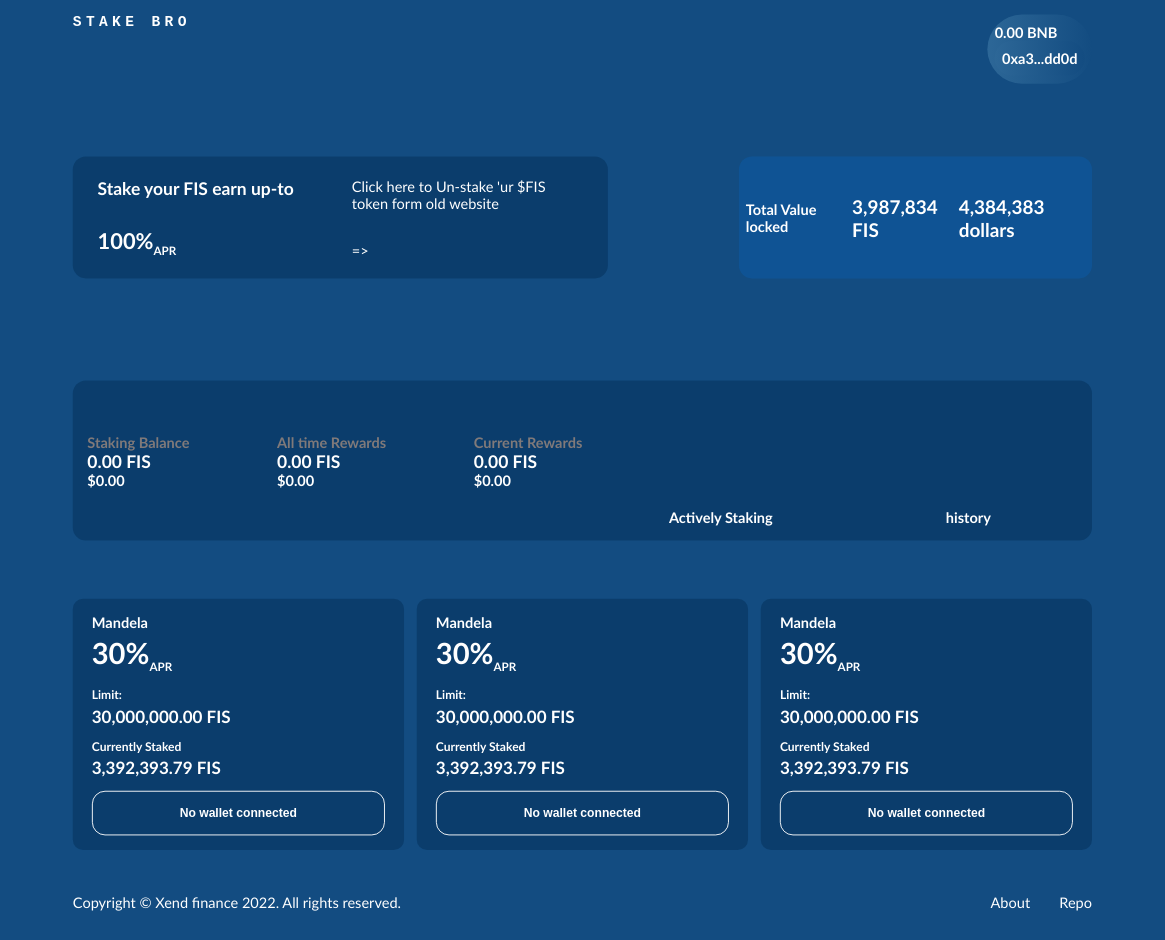
Repository: NorVirae/Stake
Page: /
The author's editor kept a copy of each file at every save. The page is drawn from the files as they stood at one save, then again after a run of saves.
The browser window is 1280 px wide. The pictures show the whole page, at 91% of full size.
The project was rebuilt for these pictures with package versions that can differ from the ones it lists, and the page was loaded fresh each time.

Above is the page before, as saved 2022-04-18 02:54:08.

### src/App.tsx
import React, { useState } from 'react';
import AccountInfoCard from './components/cards/account-info-card';
import AprCard from './components/cards/apr-card';
import './styles/app.css'

function App() {
  const [isWalletConnected, setIsWalletConnected] = useState(false)

  return (
    <div className="stake-container">
      <header>
        <nav>
            <a href='logo' className='logo'>Stake Bro</a>
            <ul>
              {
                isWalletConnected?
                  <li className='connect-wallet-btn'>Connect Wallet</li>:
                  <li className='connect-wallet-btn'>0.00 BNB
                    <li className='connect-wallet-btn'>0xa3...dd0d</li>
                </li>
                }

            </ul>
        </nav>
      </header>



      <main>
        <section className='info-global'>
          <div className='info-main'>
            <div className='inner-container-left'>
              <h1 className='earn-text'> Stake your FIS earn up-to</h1>
              <h1>100%<sub className='sub'>APR</sub></h1>

            </div>

            <div className='inner-container-right'>
              <p>Click here to Un-stake 'ur $FIS token form old website</p>
              <span>{"=>"}</span>
            </div>
          </div>

          <div className='public-stake-info'>
            <h3 className='total-locked'>Total Value locked</h3>
            <h1 className='total-locked-token'>3,987,834 FIS</h1>
            <h2 className='total-locked-dollars'>4,384,383 dollars</h2>

          </div>

        </section>

        <section className='connection-info'>
          {
          isWalletConnected?
          <div className={'connection-container-user'}>
            <div className='connection-info-text'>No Wallet connected</div>
            <div> Connect wallet to see your balance</div>
          </div>
          :
          <>
          <div className='user-stake-info-container'>
            <AccountInfoCard title='Staking Balance' token='0.00' dollarEquiv='0.00'/>

            <AccountInfoCard title='All time Rewards' token='0.00' dollarEquiv='0.00'/>


            <AccountInfoCard title='Current Rewards' token='0.00' dollarEquiv='0.00'/>


          </div>

          <div className='info-redirect'>
            <h1>Actively Staking </h1>
            <h1>history </h1>

          </div>

          </>
          }
        </section>

        <section className='reward'>
          <AprCard/>
          <AprCard/>
          <AprCard/>
        </section>

      </main>

      <footer>
        <div className='copyright-info'>
          Copyright &copy; Xend finance 2022. All rights reserved.
        </div>
        <ul>
          <li>About</li>
          <li>Repo</li>

        </ul>
      </footer>

    </div>
  );
}

export default App;

### src/components/cards/account-info-card.tsx
import React from 'react';

interface StakeInfoParams {
    title:string,
    token:string,
    dollarEquiv:string
}

const AccountInfoCard:React.FC<StakeInfoParams> = ({title, token, dollarEquiv}) => {
    return <div className='user-stake-info'>
                <h2 className='staking-balance'>{title}</h2>
                <h1 className='token-balance-fis'>{token} FIS</h1>
                <h2 className='token-balance-dollars'>${dollarEquiv}</h2>
            </div>
}

export default AccountInfoCard;

### src/components/cards/apr-card.tsx
import React from "react";


const AprCard:React.FC = ()=>{
    return <div className='apr-card'>
                <div className='mandela-container'>
                    <h4 className="mandela">Mandela</h4>
                    <h1 className="apr-announce">30%<sub className="sub">APR</sub></h1>
                </div>


                <div className='limit-container'>
                    <h5>Limit:</h5>
                    <h3>30,000,000.00 FIS</h3>
                </div>

                <div className='current-container'>
                    <h5>Currently Staked</h5>
                    <h3>3,392,393.79 FIS</h3>
                </div>

                <button className="stake-button">No wallet connected</button>
        </div>
}

export default AprCard;

### src/styles/app.css
*{
    padding: 0;
    margin: 0;

}

::-webkit-scrollbar{
    background-color: #134C81;
    width: .4rem;
}

::-webkit-scrollbar-thumb{
    background-color: #0c5ba5;
}

img {
    width: 100%;
}

li {
    list-style-type: none;
}

body{
    background-color: #134C81;
    color: #ffff;
    font-family:'Trebuchet MS', 'Lucida Sans Unicode', 'Lucida Grande', 'Lucida Sans', Arial, sans-serif;
}
.stake-container {
    max-width: 70rem;
    margin:auto;
    display: flex;
    flex-direction: column;
    gap: 1rem;
}


nav {
    display:  flex;
    justify-content: space-between;
    padding: 1rem 0;
    position: sticky;
    top:0;
}

main {
    display: flex;
    flex-direction: column;
    gap:4rem;
}
.logo {
    text-decoration: none;
    font-family: 'Courier New', Courier, monospace;
    font-weight: 900;
    color: #ffff;
    letter-spacing: .3rem;
    text-transform: uppercase;
}

.connect-wallet-btn{
    padding: .6rem .5rem;
    background-image: linear-gradient(to right, #2d6797, #134C81  );
    font-weight: bold;
    border-radius: 3rem;
    transition: background-image .5s ease-in-out;
}

.connect-wallet-btn:hover{
    background-image: linear-gradient(to right, #134C81, #2d6797 );
    cursor: pointer;
    color: rgb(225, 225, 235);

}

.info-global{
    display: flex;
    justify-content: space-between;
    padding: 3rem 0;
    gap: 9rem;
}

.info-main{
    display: flex;
    background-color: #05315a88;
    border-radius: .9rem;
    padding: .5rem .9rem;

}

.inner-container-left, .inner-container-right{

    width: 100%;
    padding: .9rem .8rem;
    border-radius: .9rem;
    display: flex;
    flex-direction: column;
    gap:2rem
}



.earn-text {
    font-size: 1.2rem;
}

.sub{
    font-size: .8rem;
}

.public-stake-info {
    display: flex;
    justify-content: center;
    align-items: center;
    border-radius: .9rem;
    padding: .5rem;
    gap: .4rem;

    background-color: #0c5ba588;

}


.total-locked{
    font-size: 1rem;

}

.total-locked-token{
    font-size: 1.3rem;
}

.total-locked-dollars {
    font-size: 1.3rem;
}


.connection-info{
    display: flex;
    background-color: #05315a88;
    border-radius: .9rem;
    justify-content: center;
    align-items: center;
    height: 20vh;
    padding: 1rem 1rem;

}

.connection-info-text {
    font-size: 1.2rem;
    text-transform: uppercase;
}

.user-stake-info-container{
    display: flex;
    justify-content: space-between;
    width: 100%;
}

.staking-balance{
    font-size: 1rem;
    color: rgb(128, 122, 122);
}

.token-balance-fis{
    font-size: 1.2rem;
}

.token-balance-dollars{
    font-size: 1rem;
}

.info-redirect{
    width: 100%;
    height: 100%;
    display: flex;
    justify-content: flex-end;
    align-items: flex-end;
    justify-content: space-around;
}

.info-redirect h1 {
    font-size: 1rem;
}

.connection-container-user{
    display: flex;
    flex-direction: column;
    justify-content: center;
    align-items: center;
}


.reward{
    display: flex;
    justify-content: space-between;
    gap: .9rem;
}

.apr-card{
    background-color: #05315a88;
    padding: 1rem 1.3rem;
    border-radius: .7rem;
    display: flex;
    flex-direction: column;
    justify-content: space-around;
    flex: 1;
    gap: .9rem;
}

.mandela-container{
    display: flex;
    flex-direction: column;
    justify-content: space-between;
    gap:.3rem;
}

.mandela{
    font-size: 1rem;

}

.apr-announce{
    font-size: 2rem;
}

.limit-container{
    display: flex;
    flex-direction: column;
    justify-content: space-between;
    gap:.3rem;
}

.current-container{
    display: flex;
    flex-direction: column;
    justify-content: space-between;
    gap:.3rem;
}

.stake-button{
    border-radius: .9rem;
    border: .1px solid white;
    background-color: transparent;
    padding: 1rem .6rem;
    color: #fff;
    font-weight: bold;
}

.stake-button:hover{
    cursor: pointer;
}

footer{
    display: flex;
    justify-content: space-between;
    padding: 2rem 0;

}
.copyright-info{
    display: flex;
}

footer ul{
    display: flex;
    gap: 2rem;
}

Loaded but not shown: public/index.html (common file); src/index.tsx (common file); src/reportWebVitals.ts (common file)

After the next 2 saves:
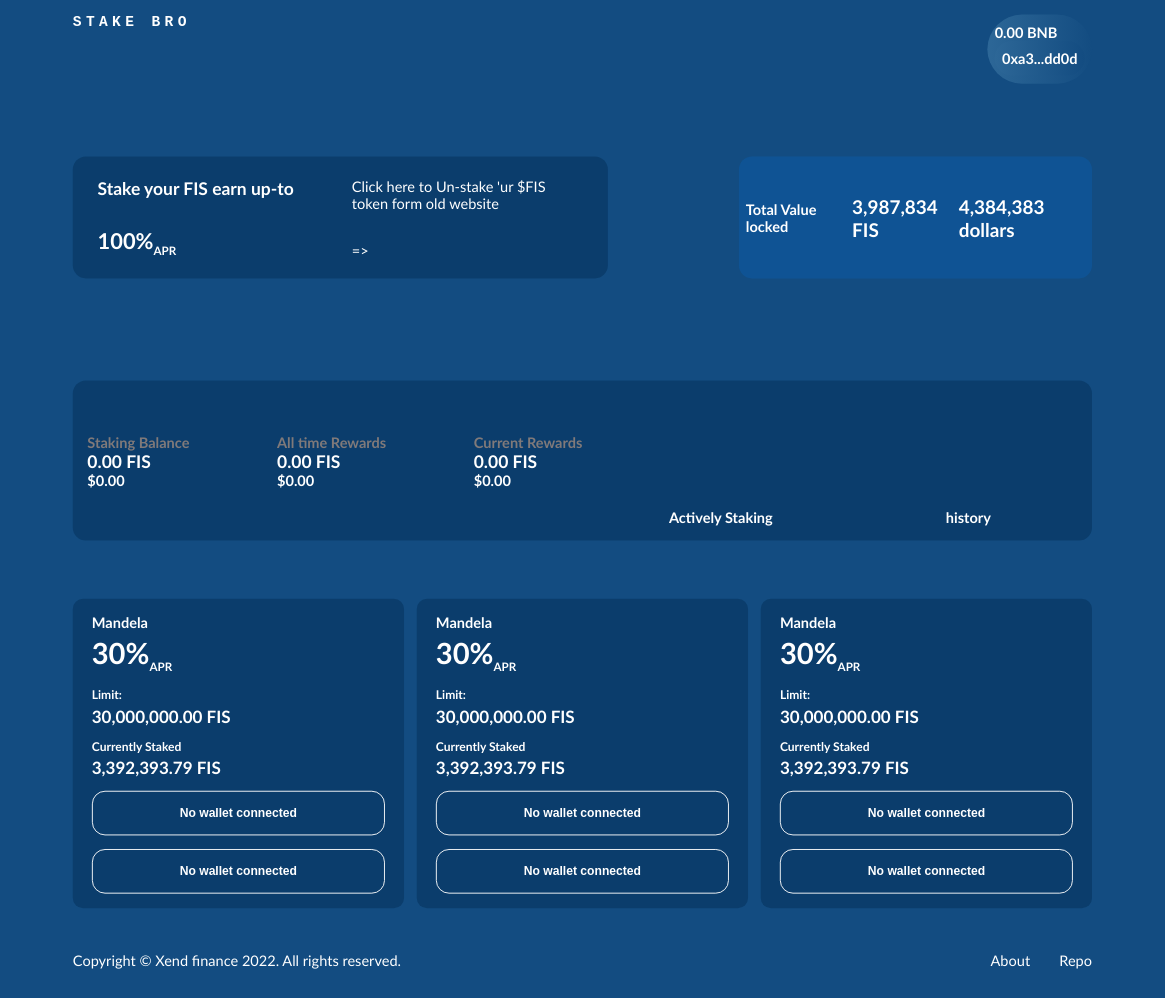
The 2 saves are shown as one change because they came seconds apart.
The last was saved 116 s later.
--- a/src/components/cards/apr-card.tsx
+++ b/src/components/cards/apr-card.tsx
@@ -20,6 +20,8 @@ const AprCard:React.FC = ()=>{
                 </div>
 
                 <button className="stake-button">No wallet connected</button>
+                <button className="stake-button">No wallet connected</button>
+
         </div>
 }
 
